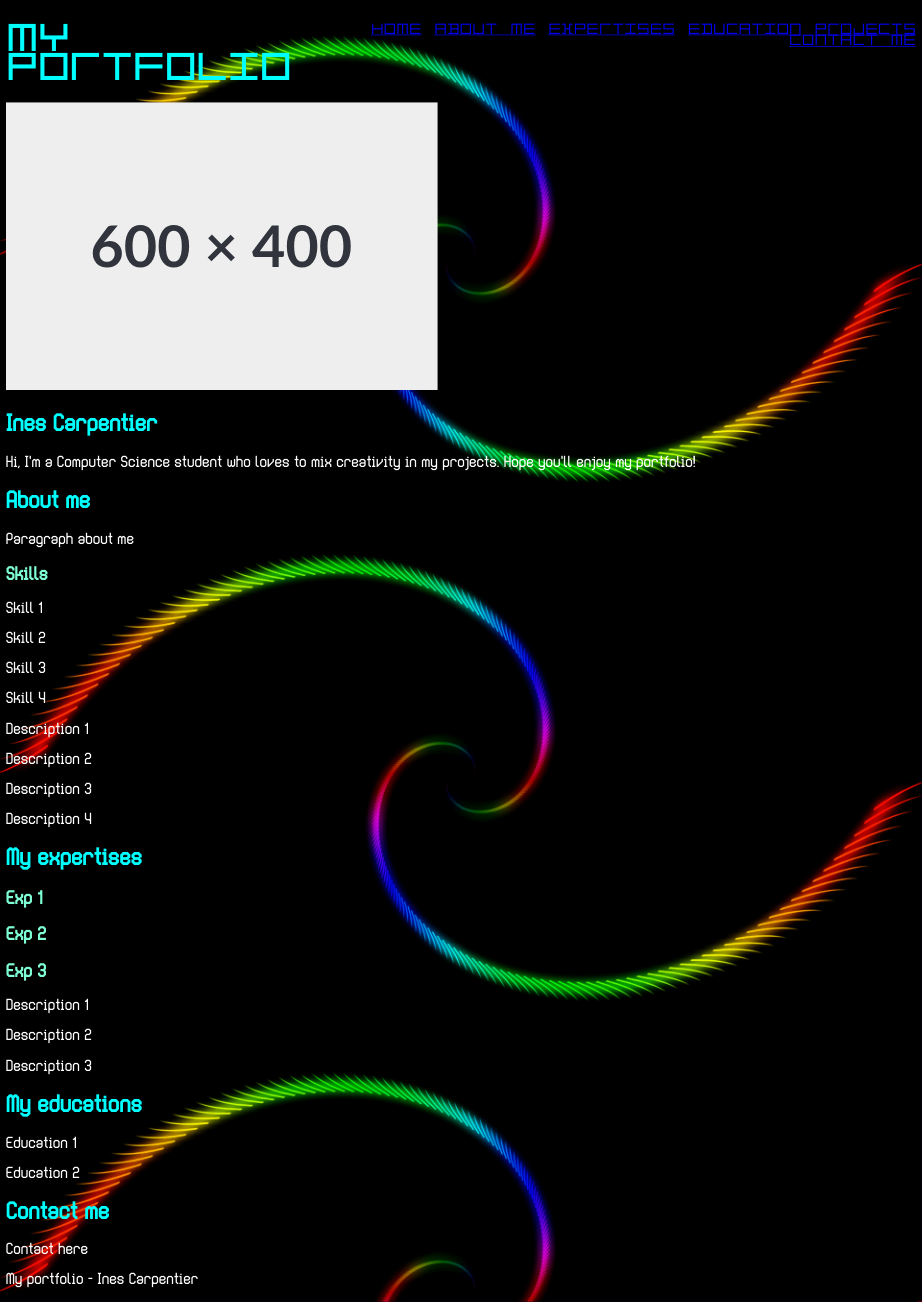
Repository: InsCarp/InsCarp
Page: index.html
An editor plug-in stored every save of this project. The page is shown before and after the next save, followed by the edit.
The browser window is 1280 px wide. The pictures show the whole page, at 72% of full size.
Backgrounds fixed to the window are drawn as part of the page.

Above is the page before, as saved 2026-04-22 11:06:16.

### index.html
<!DOCTYPE html>
<html lang="en">
<head>
    <meta charset="UTF-8">
    <meta name="viewport" content="width=device-width, initial-scale=1.0">
    <link rel="icon" href="/assets/images/Logo.png" type="image/png" />
    <link rel="stylesheet" href="/styles/globals.css" type="text/css"/>
    <link rel="stylesheet" href="/styles/index.css" type="text/css"/>

    <title>Portfolio - Ines Carpentier</title>
</head>
<header>
    <h1 id="Title">My portfolio</h1>
    <nav>
        <a href="index.html">Home</a>
        <a href="#About">About me</a>
        <a href="#Expertises">Expertises</a>
        <a href="#Education">Education</a>
        <a href="project.html">Projects</a> <!--Put my project page here-->
        <a href="#Contact">Contact me</a>
    </nav>
</header>
<body>
    <div class="Intro">
        <article>
            <img src="/assets/images/placeholder.svg" alt="Me in a circle placeholder"/>
        </article>
        <article>
            <h2>Ines Carpentier</h2>
            <p>Hi, I'm a Computer Science student who loves to mix creativity in my projects.
                Hope you'll enjoy my portfolio!</p>
        </article>
    </div>
    <div class="About">
        <h2 id="About">About me</h2>
        <p>Paragraph about me</p>
        <h3>Skills</h3>
        <article>
            <p>Skill 1</p>
            <p>Skill 2</p>
            <p>Skill 3</p>
            <p>Skill 4</p>
        </article>
        <article>
            <p>Description 1</p>
            <p>Description 2</p>
            <p>Description 3</p>
            <P>Description 4</P>
        </article>
    </div>
    <div class="Exp">
        <h2 id="Expertises">My expertises</h2>
        <article>
            <h3>Exp 1</h3>
            <h3>Exp 2</h3>
            <h3>Exp 3</h3>
        </article>
        <article>
            <p>Description 1</p>
            <p>Description 2</p>
            <p>Description 3</p>
        </article>
    </div>
    <div class="Education">
        <h2 id="Education">My educations</h2>
        <p>Education 1</p>
        <p>Education 2</p>
    </div>
    <div class="Contact">
        <h2 id="Contact">Contact me</h2>
        <p>Contact here</p>
    </div>
</body>
<footer>
    <p>My portfolio - Ines Carpentier</p>
</footer>
</html>

### styles/globals.css
@font-face {
    font-family: Title;
    src: url(/assets/fonts/Y224-2vdae.ttf);
}
@font-face {
    font-family: Portfolio;
    src: url(/assets/fonts/Eightgon-OGn6p.ttf);
}

html{
    font-size:20px;
}

a:visited{
    color:aquamarine;
}
a:hover{
    color:greenyellow;
}
a:active{
    color:yellow;
}

body{
    background-color:rgb(0, 2, 36);
    color:rgb(255, 255, 255);
    background-image: url(../assets/images/back.gif);
    background-size: cover;
    background-repeat: no-repeat;
    background-attachment: fixed;
    font-family: Portfolio;
}




h1, h2{
    color:aqua;

}

h3{
    color:aquamarine;
}


header {
    display: flex;
    flex-direction: row;
    font-family: Title;
    justify-content: space-between;

}
nav{
    display:none;
}


@media only screen and (min-width: 800px){
    header {
    display: flex;
    flex-direction: row;
    font-family: Title;
    justify-content: space-between;

}
nav{
    text-align:right;
    display:initial;
    font-size:0.8rem;
    margin-top:2%;


}
}

@media only screen and (min-width: 1200px){
    header {
    display: flex;
    flex-direction: row;
    font-family: Title;
    justify-content: space-between;

}


}

Loaded but not shown: styles/index.css (no stored copy; drawn as an empty file)

After the next save:
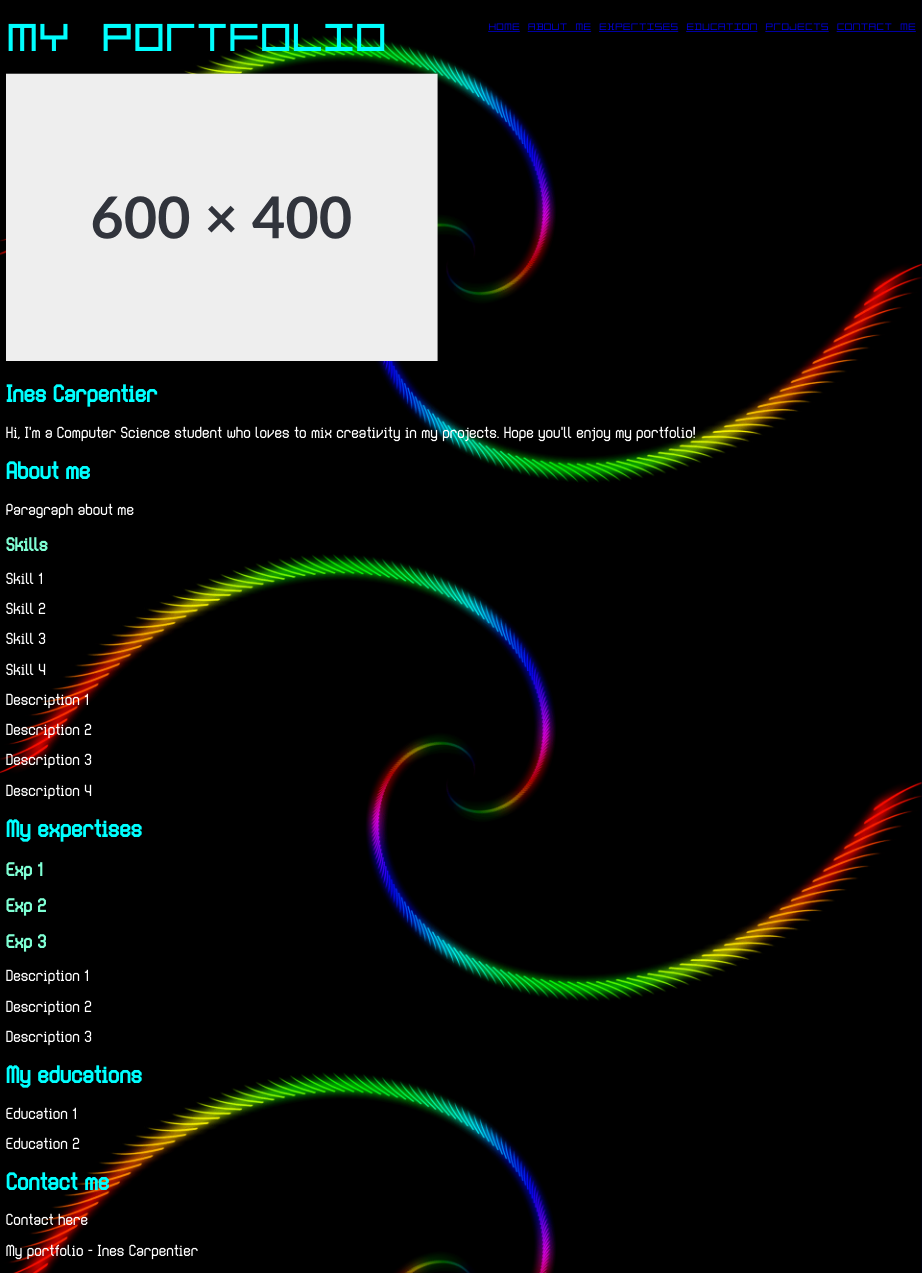
Saved 99 s later.
--- a/styles/globals.css
+++ b/styles/globals.css
@@ -67,7 +67,7 @@ nav{
 nav{
     text-align:right;
     display:initial;
-    font-size:0.8rem;
+    font-size:0.5rem;
     margin-top:2%;
 
 
@@ -83,5 +83,4 @@ nav{
 
 }
 
-
 }

After the save that followed:
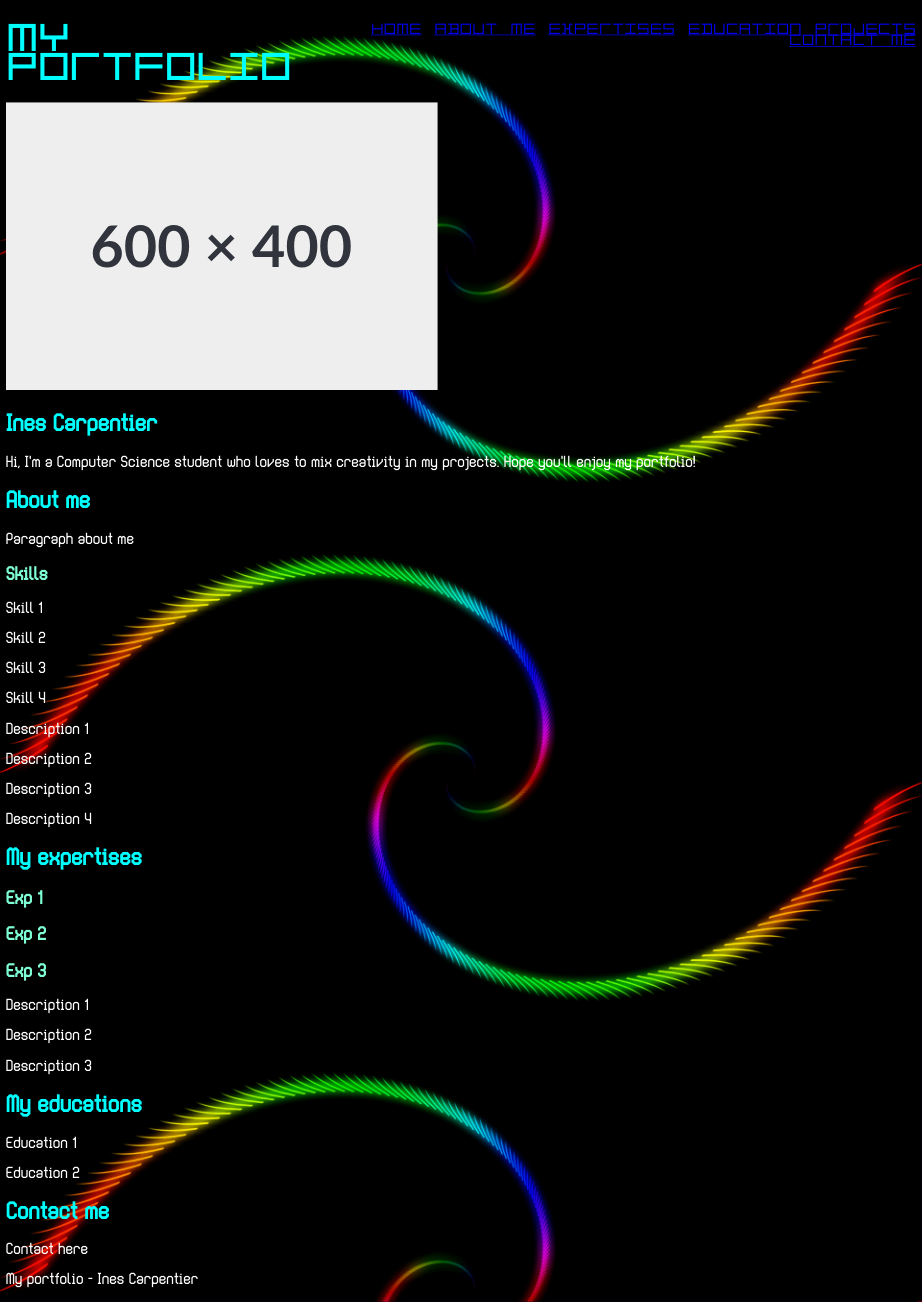
Saved 20 s later.
--- a/styles/globals.css
+++ b/styles/globals.css
@@ -82,5 +82,12 @@ nav{
     justify-content: space-between;
 
 }
+nav{
+    text-align:right;
+    display:initial;
+    font-size:0.8rem;
+    margin-top:2%;
+
 
 }
+}
